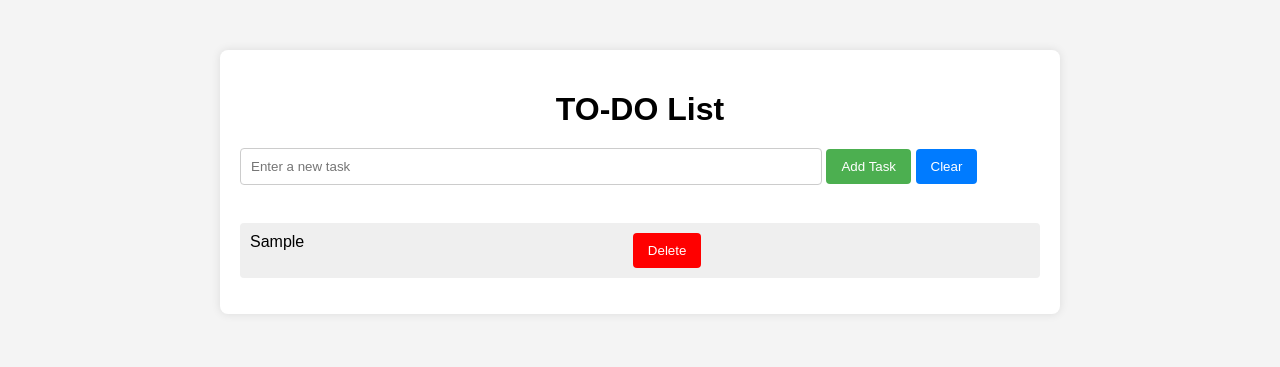
Repository: vpriyankaprabhu/to-do-list
Page: index.html
The author's editor kept a copy of each file at every save. The page is drawn from the files as they stood at one save, then again after the next save.
The browser window is 1280 px wide. The pictures show the whole page.
Empty fields were first filled with sample values (such as "Sample", 5 or name@example.com).
After loading, the first visible `#add-task` was clicked once.

Above is the page before, as saved 2025-01-12 16:38:54.

After the next save:
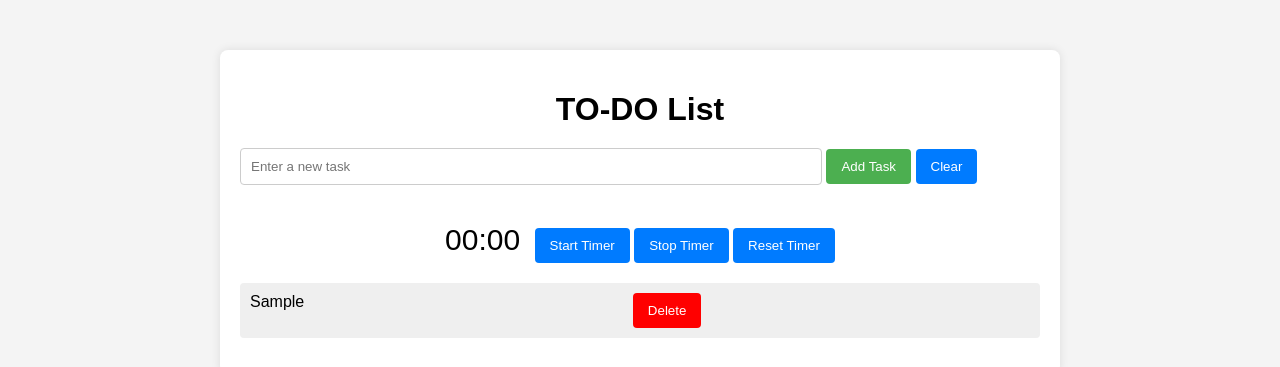
Saved 24 s later.
--- a/js/script.js
+++ b/js/script.js
@@ -19,6 +19,11 @@ $(function () {
             deleteButton.click(function() {
                 taskItem.remove();
             });
+
+            // Show timer when the first task is added
+            if ($('#task-list li').length === 1) {
+                $('#timer-display').removeClass('hidden');
+            }
 
             // Clear the input field
             $('#task-input').val('');
